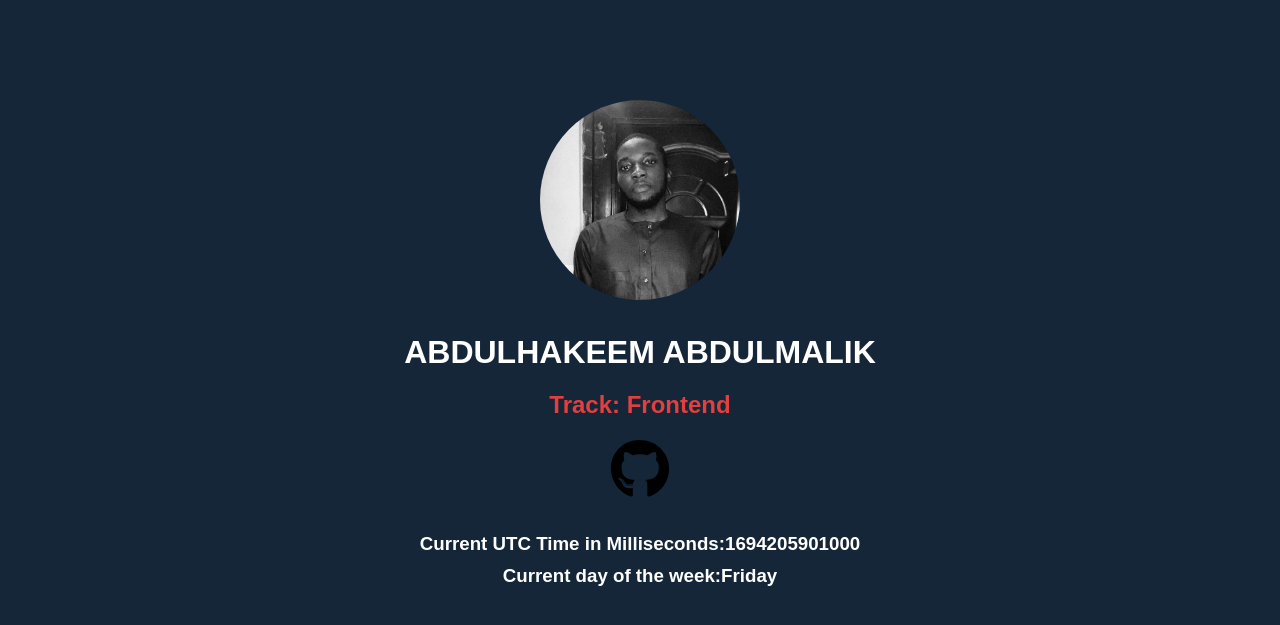
Repository: malikhakeem/HNG-TASK
Page: HNG-TASK1.html
An editor plug-in stored every save of this project. The page is shown before and after the next save, followed by the edit.
The browser window is 1280 px wide. The pictures show the whole page.

Above is the page before, as saved 2023-09-09 07:15:15.

### HNG-TASK1.html
<!DOCTYPE html>
<html lang="en">

<head>
    <meta charset="UTF-8">
    <meta name="viewport" content="width=device-width, initial-scale=1.0">
    <link rel="stylesheet" href="./HNG-TASK!.css">

    <title>HNG</title>
    <script src="./HNG-TASK.js"></script>
</head>

<body>


    <div class="body">
        <div class="nav">
            <div class="nav-left"><img data-testId="slackDisplayImage" class="profile-pic" src="./pic/kim.jpg"
                    alt="Malik" /></div>
            <div class="profie-details">
                <div class="slack-name">
                    <h1>ABDULHAKEEM ABDULMALIK</h1>
                </div>
                <div class="track">
                    <h2 data-testId="myTrack">Track: Frontend</h2>
                </div>
            </div>
            <div class="github-link">
                <a data-testId="githubURL" href="link address"><img src="./pic//github.svg" width="60" height="60"></a>
            </div>


        </div>

        <div class="task">

            <div class="time">

            </div>
            <div class="date">

            </div>

        </div>
    </div>



    <script>
        const time = document.getElementsByClassName("time");
        time[0].innerHTML = "<h3>Current UTC Time in Milliseconds:" + currentTimeMillis + "</h3>";
    </script>
    <script>
        const date = document.getElementsByClassName("date");
        date[0].innerHTML = "<h3>Current day of the week:" + weekday + "</h3>";
    </script>
</body>

</html>

### HNG-TASK!.css
* {
    padding: 0px;
    margin: 0px;

}

.profile-pic {
    width: 200px;
    height: 200px;
    border-radius: 50%;
}

.nav-left {
    padding-bottom: 30px;
}

.github-link {
    padding-top: 20px;
}

.time {
    padding-bottom: 10px;
}

.task {

    padding-top: 30px;
}

.body {
    display: flex;
    display: block;
    text-align: center;
}

.track {
    padding-top: 20px;
    color: rgb(226, 63, 63);
}

body {
    padding: 100px 0px 0px 0px;
    color: white;
    display: flex;
    justify-content: center;
    font-family: sans-serif;
    background: #142638;
}

### HNG-TASK.js




    let currentTime = new Date();
    let currentTimeMillis = currentTime.getTime();
    let currentUTCTime = currentTime.toUTCString();

    console.log("Current time in milliseconds: " + currentTimeMillis);
    console.log("Current time in UTC: " + currentUTCTime);


//  setInterval(updateTime, 1000); // Run updateTime() every second


var dateObj = new Date()
var weekday = dateObj.toLocaleString("default", { weekday: "long" })
// weekday = "Saturday"

After the next save:
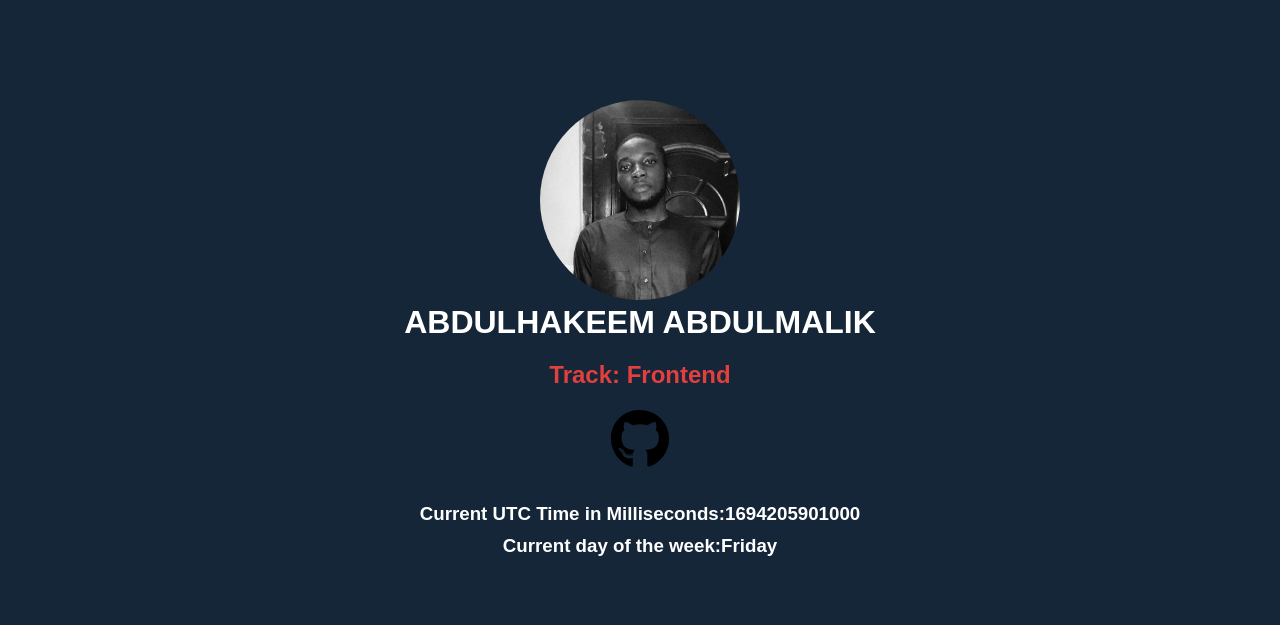
Saved 48 s later.
--- a/HNG-TASK!.css
+++ b/HNG-TASK!.css
@@ -10,7 +10,7 @@
     border-radius: 50%;
 }
 
-.nav-left {
+.profiepic {
     padding-bottom: 30px;
 }
 

After the 2 saves that followed:
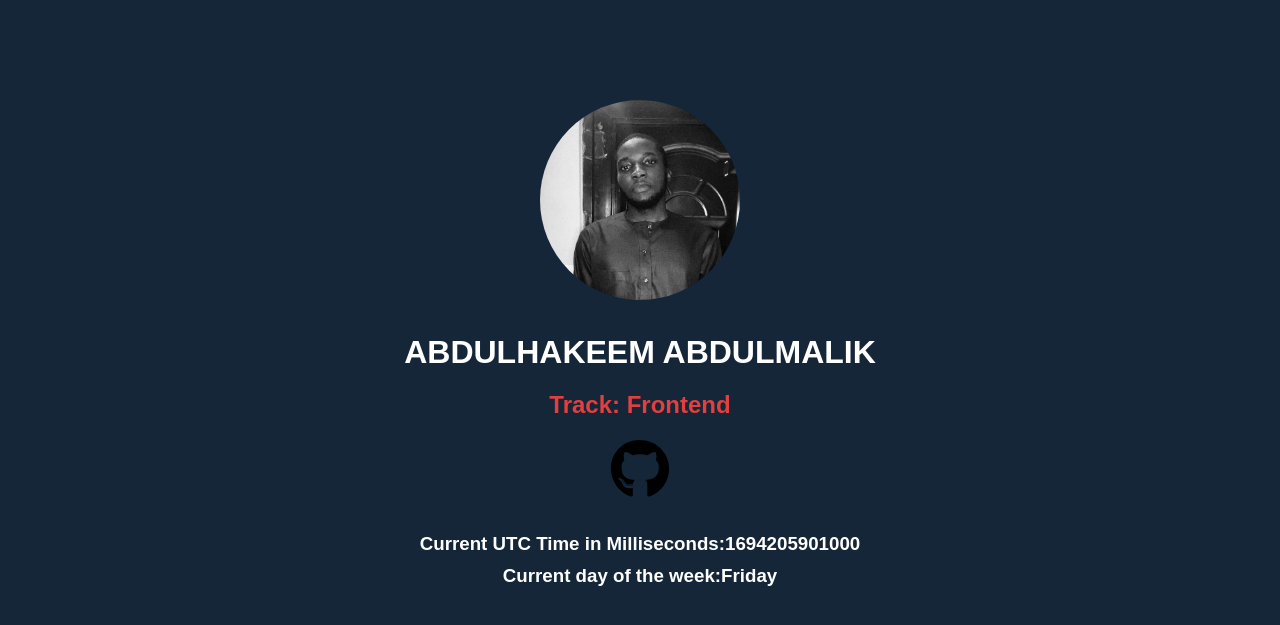
The 2 saves are shown as one change because 1 left the picture as it was.
The last was saved 22 s later.
--- a/HNG-TASK1.html
+++ b/HNG-TASK1.html
@@ -15,7 +15,7 @@
 
     <div class="body">
         <div class="nav">
-            <div class="nav-left"><img data-testId="slackDisplayImage" class="profile-pic" src="./pic/kim.jpg"
+            <div class="profilepic"><img data-testId="slackDisplayImage" class="profile-pic" src="./pic/kim.jpg"
                     alt="Malik" /></div>
             <div class="profie-details">
                 <div class="slack-name">
--- a/HNG-TASK!.css
+++ b/HNG-TASK!.css
@@ -10,7 +10,7 @@
     border-radius: 50%;
 }
 
-.profiepic {
+.profilepic {
     padding-bottom: 30px;
 }
 
